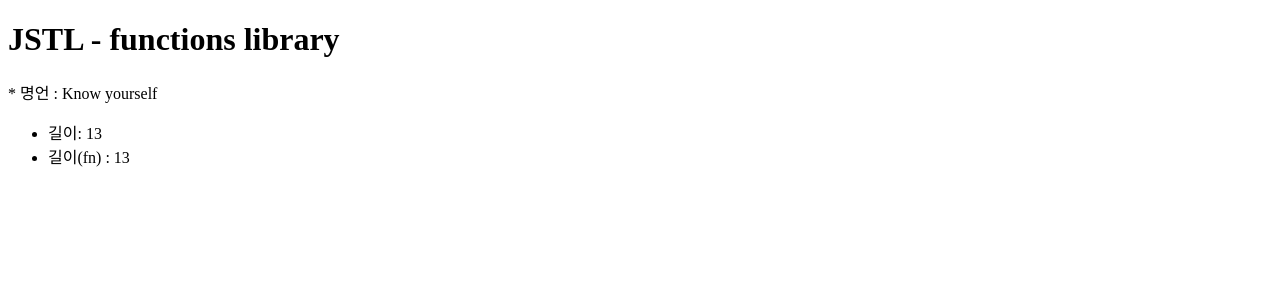
Repository: hailey-516/servlet
Page: http://localhost/3_elAction/views/3_Custom_Action/03_fn.jsp
An editor plug-in stored every save of this project. The page is shown before and after the next save, followed by the edit.
The browser window is 1280 px wide. The pictures show the whole page.
The page is served by Tomcat 9. Other server files are loaded and not shown.

Above is the page before, as saved 2024-08-28 02:22:02.

### 3_elAction/src/main/webapp/views/3_Custom_Action/03_fn.jsp
<%@ page language="java" contentType="text/html; charset=UTF-8"
    pageEncoding="UTF-8"%>
<%@ taglib prefix="c" uri="http://java.sun.com/jsp/jstl/core" %>
<%@ taglib prefix="fn" uri="http://java.sun.com/jsp/jstl/functions" %>
<!DOCTYPE html>
<html>
<head>
<meta charset="UTF-8">
<title>JSTL - fn</title>
</head>
<body>
	<h1>JSTL - functions library</h1>

	<c:set var="qt" value="Know yourself" />

	* 명언 : ${ qt }<br>

	<ul>
		<li>
			길이: ${ qt.length() }
		</li>
		<li>
			길이(fn) : ${ fn:length(qt) }
		</li>
	</ul>
</body>
</html>

After the next save:
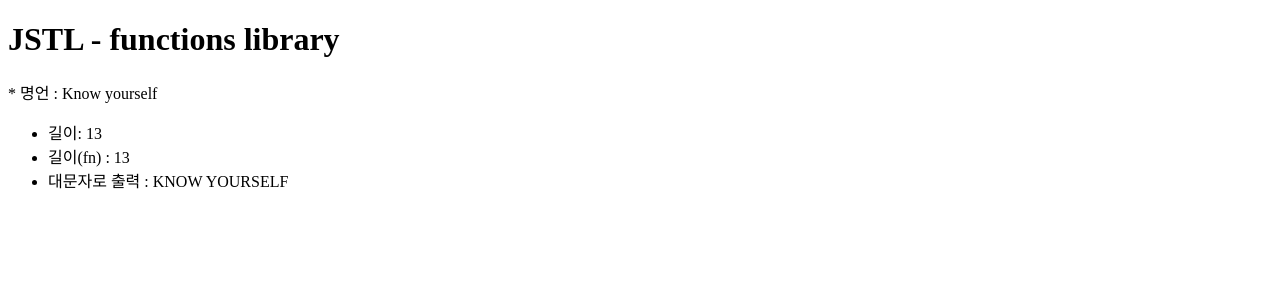
Saved 50 s later.
--- a/3_elAction/src/main/webapp/views/3_Custom_Action/03_fn.jsp
+++ b/3_elAction/src/main/webapp/views/3_Custom_Action/03_fn.jsp
@@ -20,7 +20,10 @@
 			길이: ${ qt.length() }
 		</li>
 		<li>
-			길이(fn) : ${ fn:length(qt) }
+			길이(fn) : ${ fn:length(qt) } <%-- ArrayList, 문자열 사용 가능 (길이) --%>
+		</li>
+		<li>
+			대문자로 출력 : ${ fn:toUpperCase(qt) }
 		</li>
 	</ul>
 </body>
